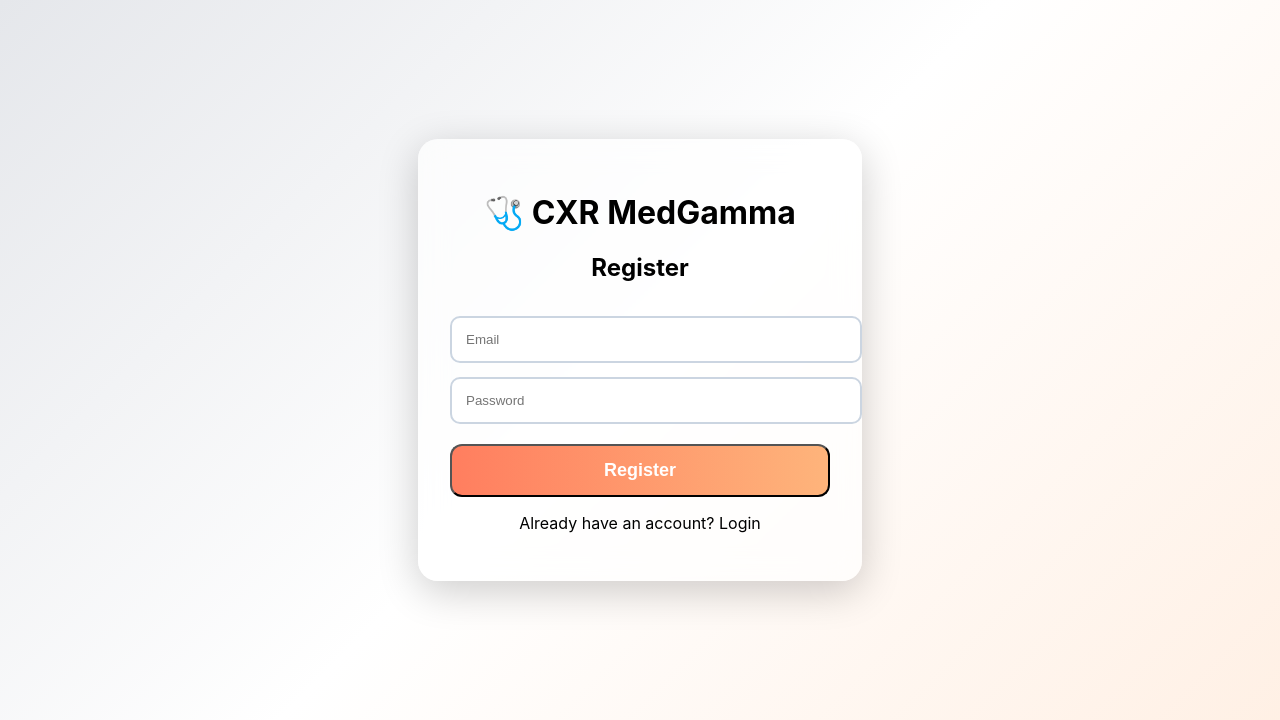
Repository: G-725/cxr-rrg
Page: /register (app in my-react-app/)
These files come from the project's save history. The page is drawn as it stood at one moment and after the next save; the edit follows.
The browser window is 1280 px wide. The pictures show the whole page.
The project was rebuilt for these pictures with package versions that can differ from the ones it lists, and the page was loaded fresh each time. Also part of the build but not shown: my-react-app/src/pages/login.js, my-react-app/src/components/Navbar.css, my-react-app/src/components/Navbar.js, my-react-app/src/pages/UserDashboard.js. Imported but missing from the stored project, and not drawn on this page: my-react-app/src/api.

Above is the page before, as saved 2025-11-29 15:30:56.

After the next save:
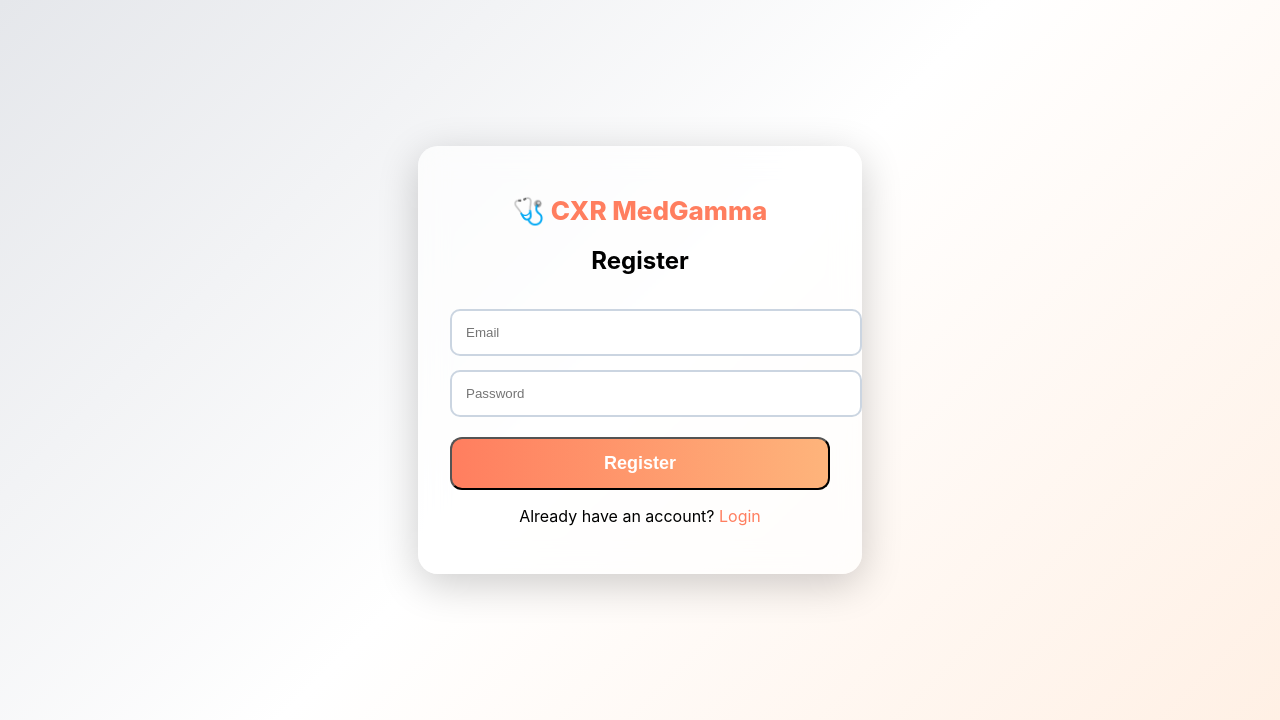
Saved 11 s later.
--- a/my-react-app/src/pages/Register.js
+++ b/my-react-app/src/pages/Register.js
@@ -15,18 +15,17 @@ function Register() {
         email,
         password,
       });
-
       alert("Registered successfully!");
       nav("/");
     } catch (err) {
-      alert("Registration failed.");
+      alert("Registration failed");
     }
   };
 
   return (
-    <div className="auth-container fade">
-      <div className="auth-card slide-up">
-        <h1 className="logo-title">🩺 CXR MedGamma</h1>
+    <div className="auth-container">
+      <div className="auth-card">
+        <h1 className="ashom-title">🩺 CXR MedGamma</h1>
         <h2>Register</h2>
 
         <input
@@ -36,9 +35,9 @@ function Register() {
         />
 
         <input
-          type="password"
           className="auth-input"
           placeholder="Password"
+          type="password"
           onChange={(e) => setPassword(e.target.value)}
         />
 
@@ -48,7 +47,7 @@ function Register() {
 
         <p className="switch-text">
           Already have an account?{" "}
-          <span onClick={() => nav("/")} className="link-text">
+          <span className="link" onClick={() => nav("/")}>
             Login
           </span>
         </p>
